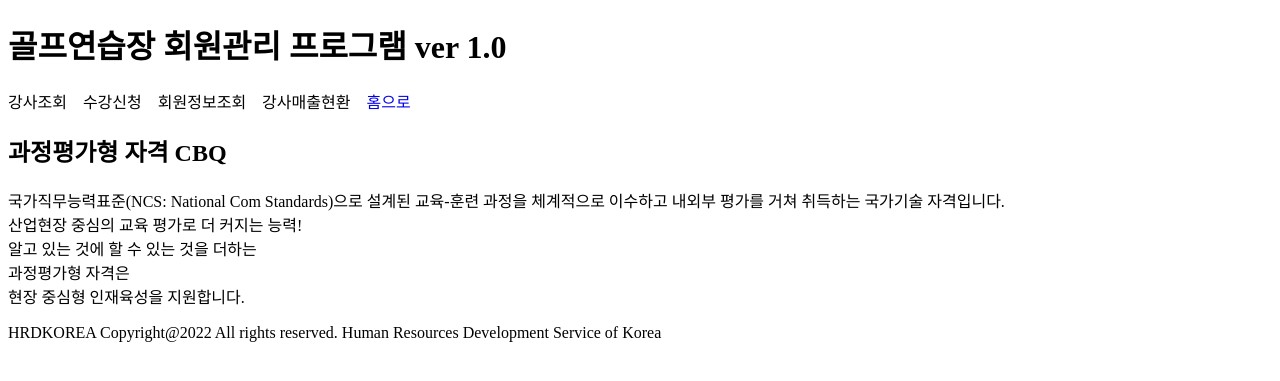
Repository: haileylee94/mini-project
Page: http://localhost/golf/WebEontent/index.jsp
The author's editor kept a copy of each file at every save. The page is drawn from the files as they stood at one save, then again after the next save.
The browser window is 1280 px wide. The pictures show the whole page.
The page is served by Tomcat 9.

Above is the page before, as saved 2022-11-21 06:24:08.

After the next save:
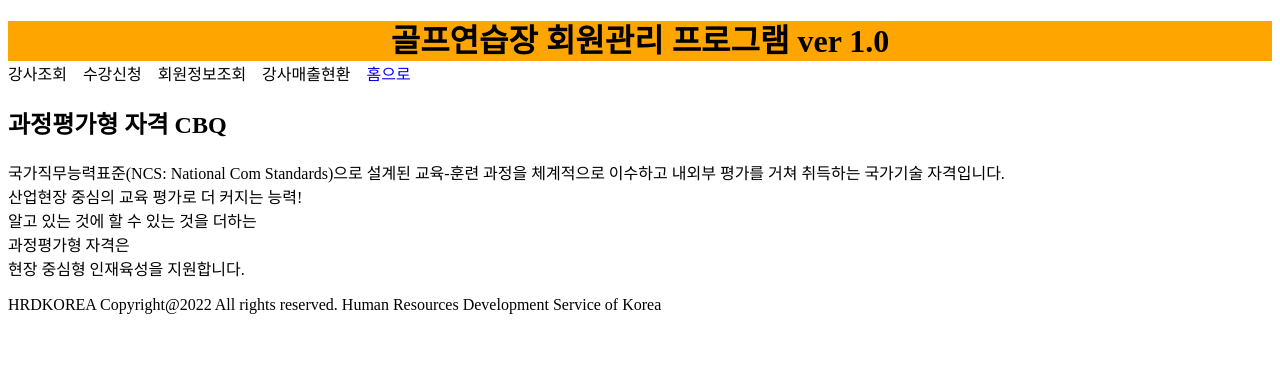
Saved 15 s later.
--- a/golf/WebEontent/index.jsp
+++ b/golf/WebEontent/index.jsp
@@ -8,7 +8,7 @@
 <link href="main.css" rel="stylesheet" type="text/css">
 </head>
 <body>
-
+	<header>
 		<h1>골프연습장 회원관리 프로그램 ver 1.0</h1>
 	</header>
 	<nav>
